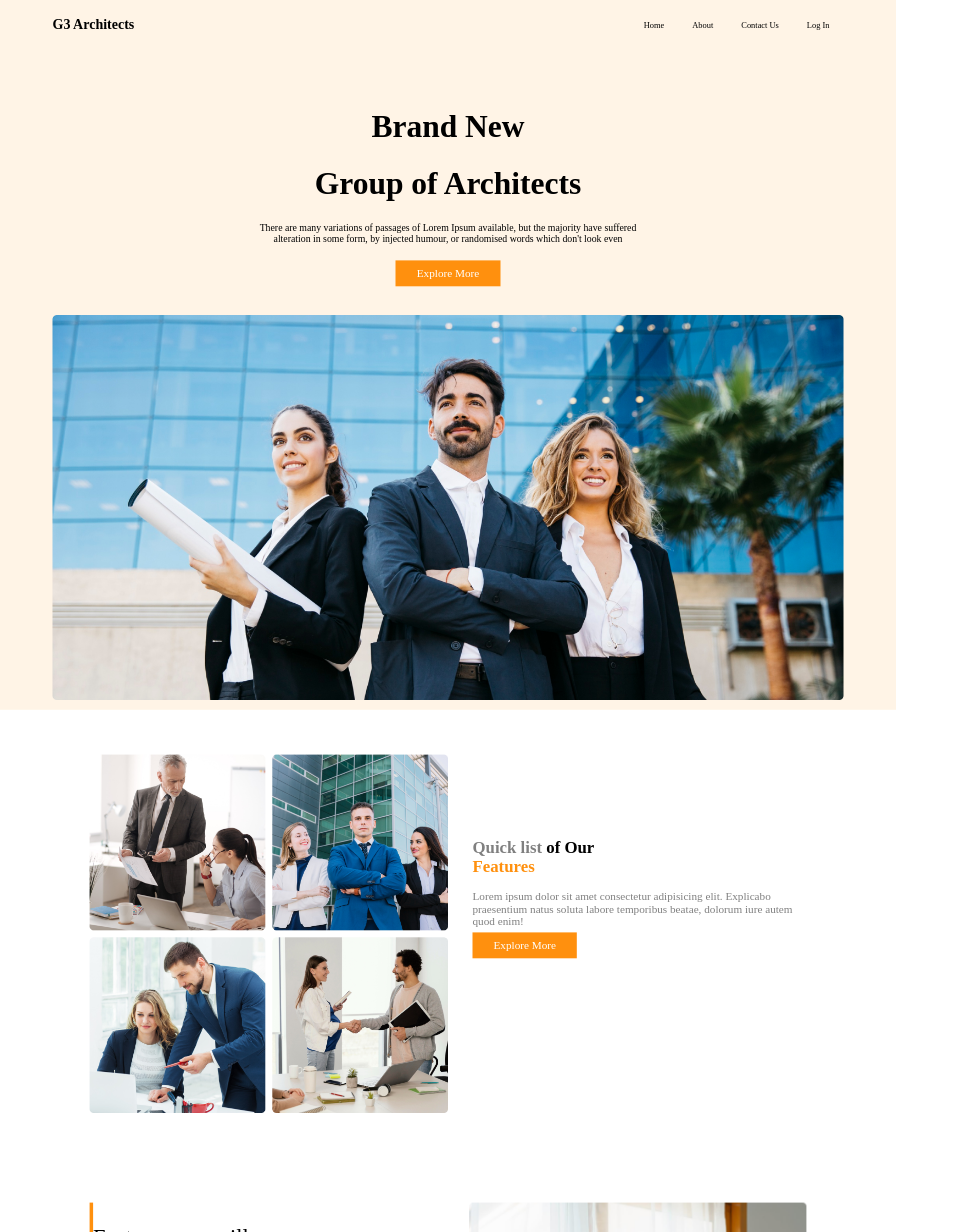
Repository: sadiaafsana138/Architect
Page: index.html
These files come from the project's save history. The page is drawn as it stood at one moment and after the next save; the edit follows.
The browser window is 1280 px wide. The page is 1280 px wide, then 1398 px, so the pictures cover 1398 px, including what lies to the right of the window. The pictures show the part of the page from y = 0 to 1760 px (the page is 3127 px tall before and 3613 px after), at 70% of full size.

Above is the page before, as saved 2023-01-16 23:07:46.

After the next save:
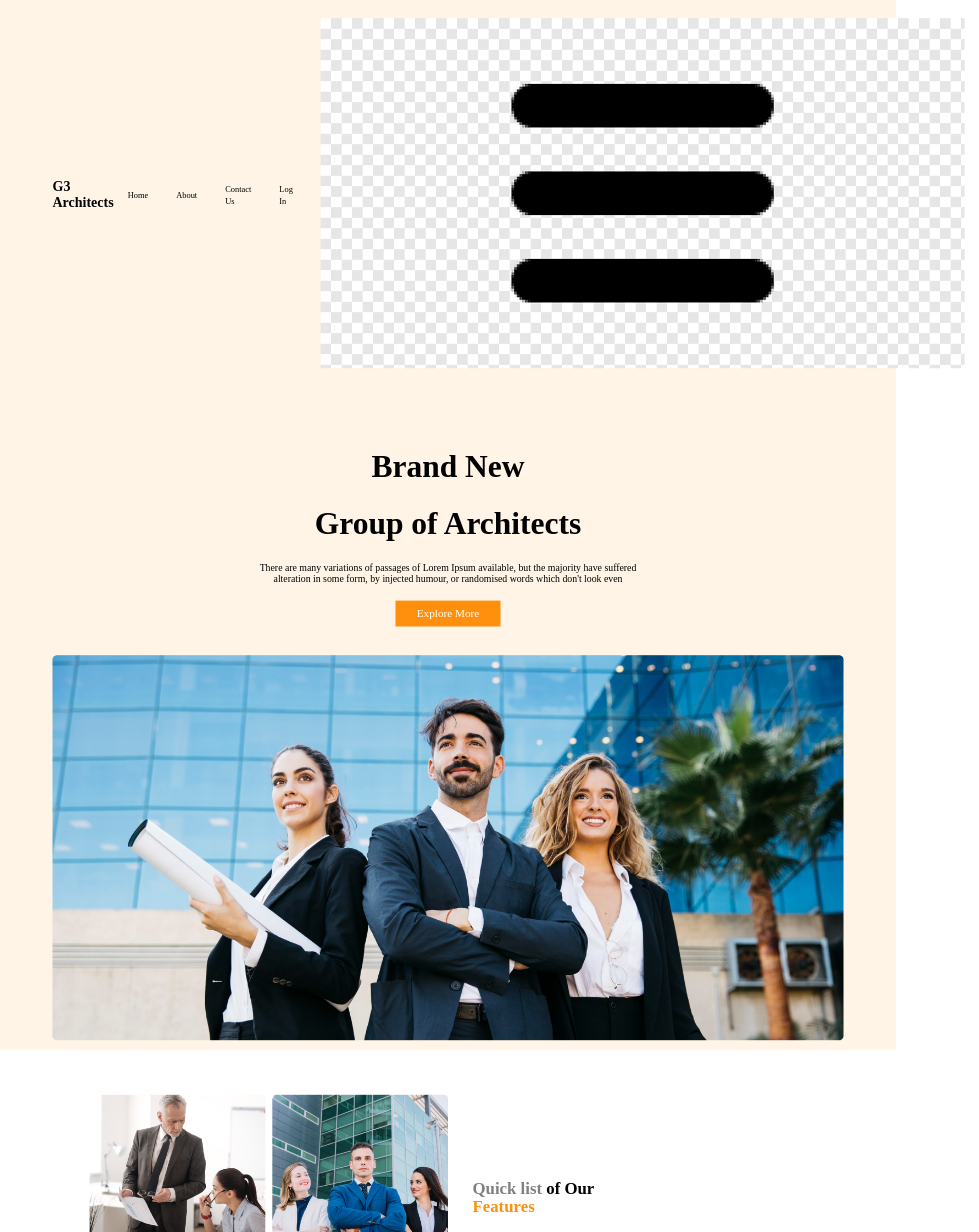
Saved 22 min 19 s later.
--- a/index.html
+++ b/index.html
@@ -23,6 +23,7 @@
           <li><a href="#">About</a></li>
           <li><a href="#">Contact Us</a></li>
           <li><a href="#">Log In</a></li>
+          <li><img src="images/icons/nav.png" alt=""> </li>
         </ul>
       </nav>
     </div>
